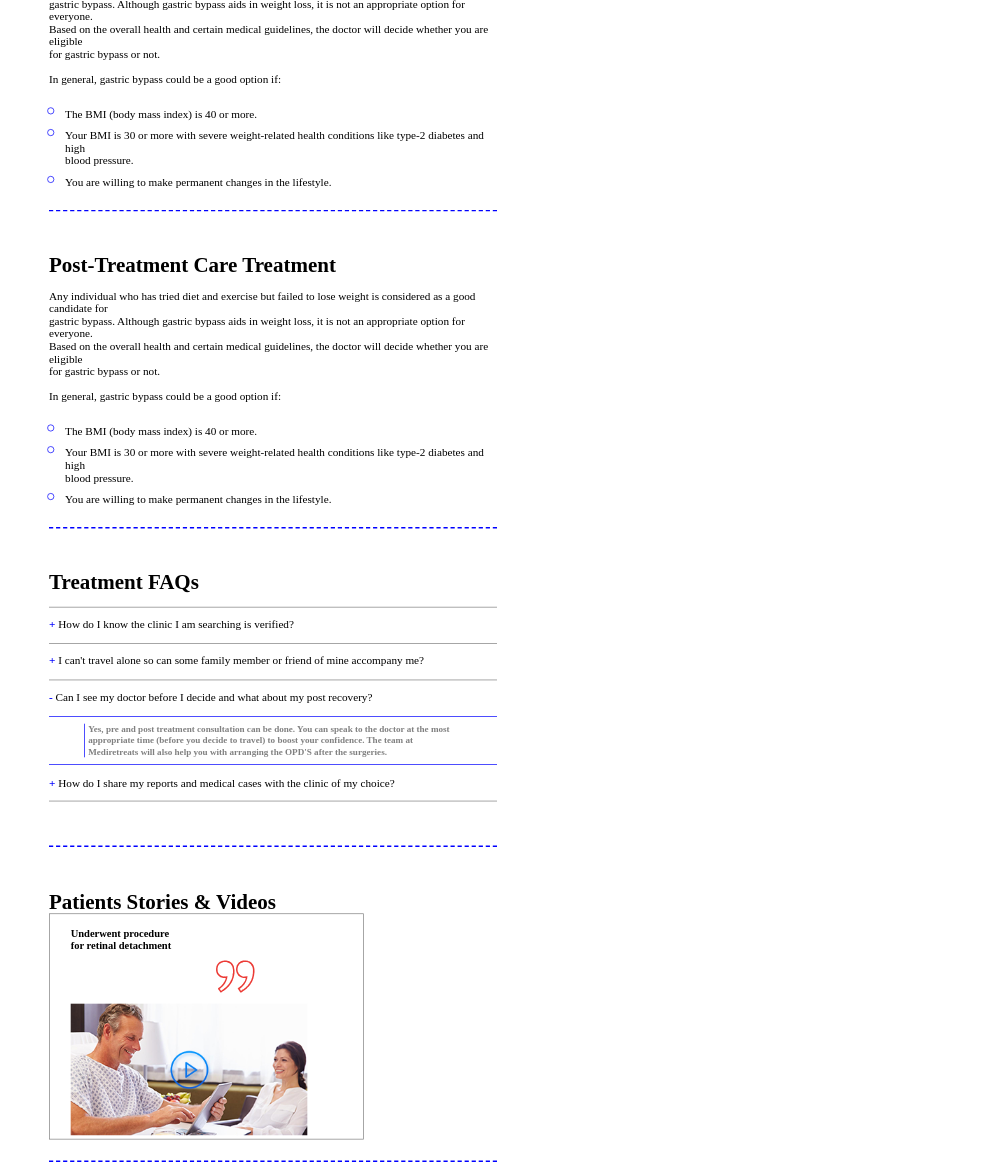
Repository: hetuk2005/webDevelopment
Page: Projects/Aafiya.html
These files come from the project's save history. The page is drawn as it stood at one moment and after the next save; the edit follows.
The browser window is 1280 px wide. The page is 1438 px wide, so the pictures cover 1438 px, including what lies to the right of the window. The pictures show the part of the page from y = 2847 to 4567 px (the page is 4517 px tall before and 4567 px after), at 70% of full size.

Above is the page before, as saved 2025-04-08 10:42:12.

After the next save:
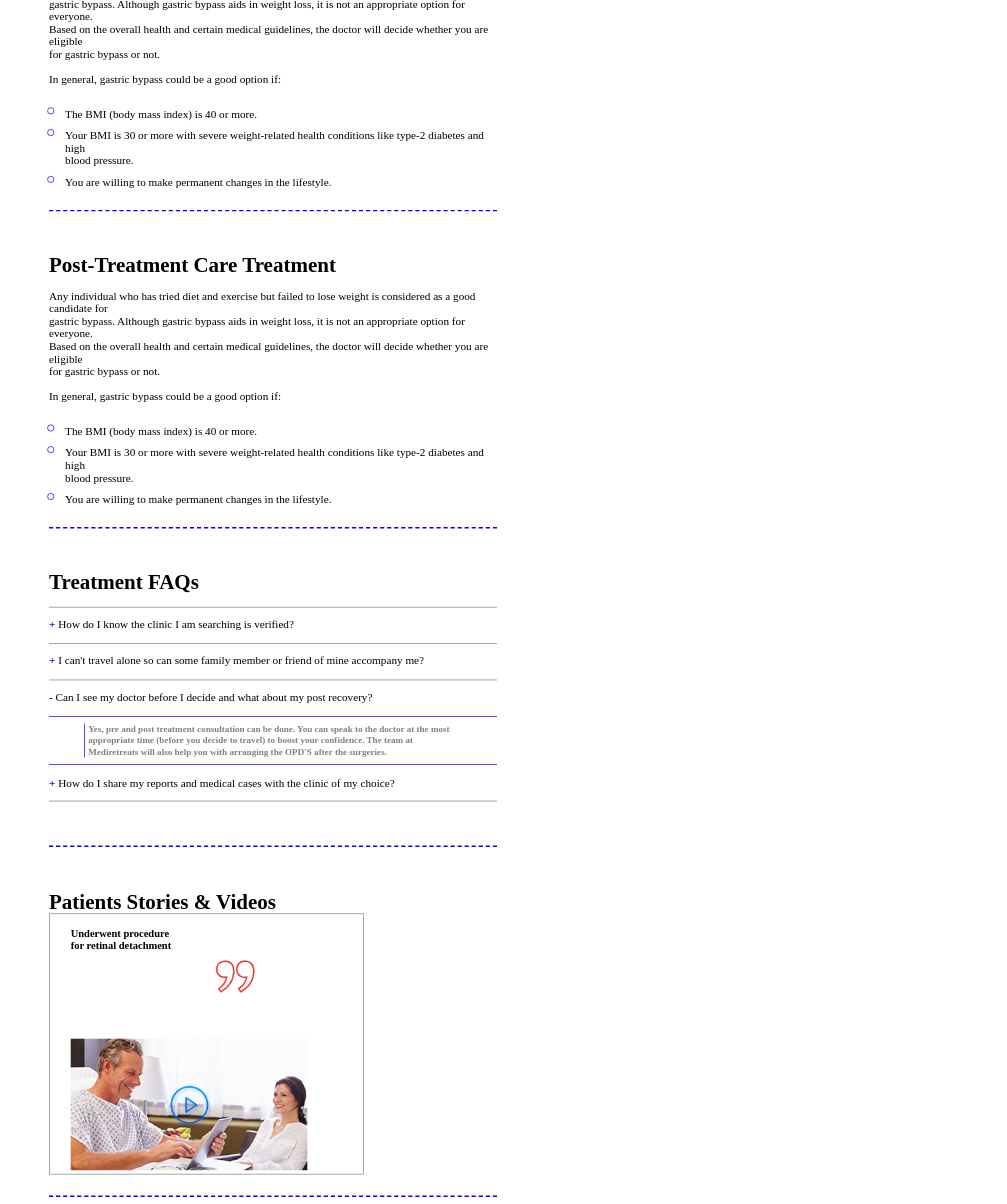
Saved 19 s later.
--- a/Projects/CSS/Aafiya.css
+++ b/Projects/CSS/Aafiya.css
@@ -529,5 +529,6 @@ span {
     width: 70px;
     margin-right: 100px;
     margin-left: 200px;
-    object-fit: contain;
-}
+    margin-bottom: 50px;
+    object-fit: contain;
+}

After the save that followed:
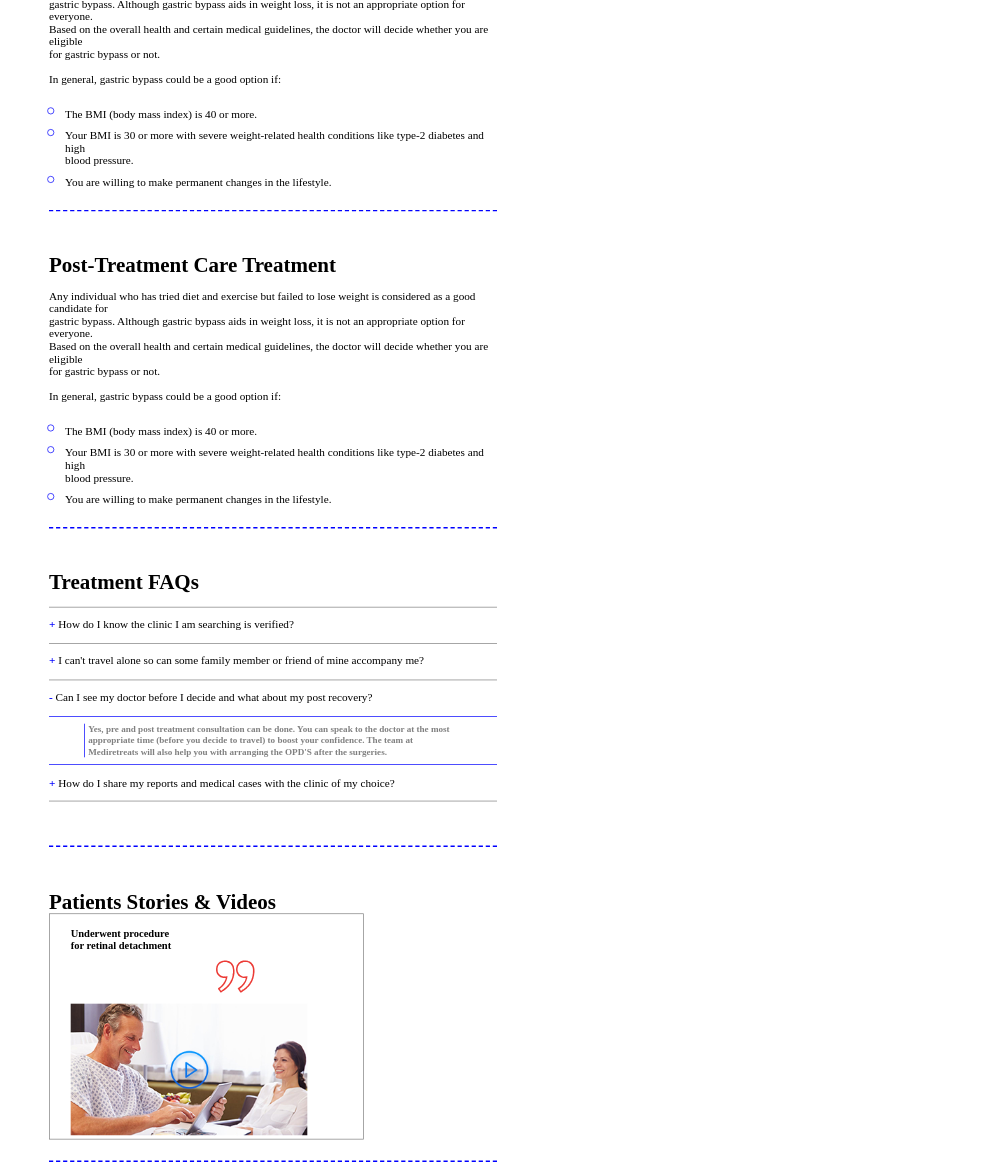
Saved 11 s later.
--- a/Projects/CSS/Aafiya.css
+++ b/Projects/CSS/Aafiya.css
@@ -529,6 +529,5 @@ span {
     width: 70px;
     margin-right: 100px;
     margin-left: 200px;
-    margin-bottom: 50px;
-    object-fit: contain;
-}
+    object-fit: contain;
+}
